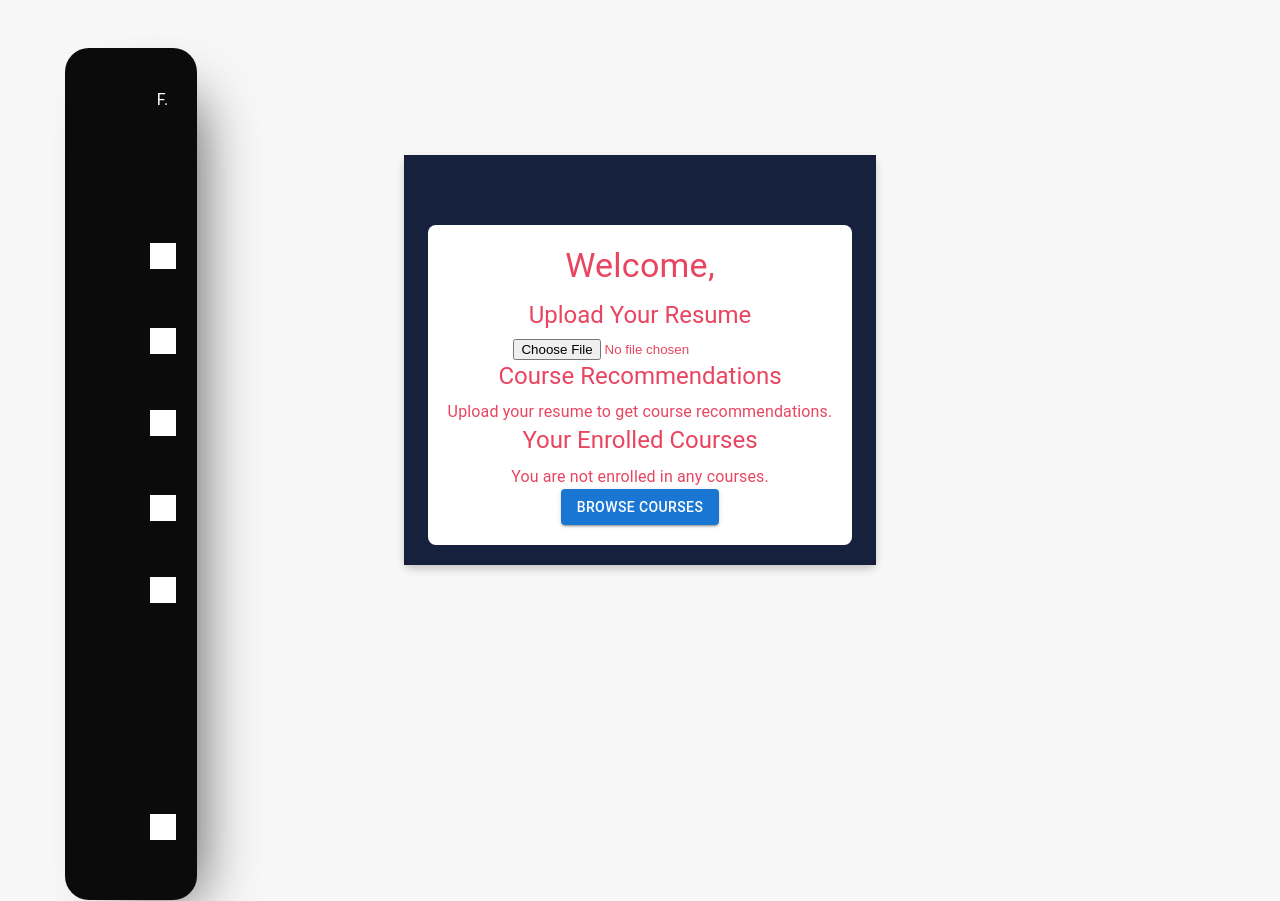
Repository: jvt2/OnlineCourseApp
Page: /dashboard
These files come from the project's save history. The page is drawn as it stood at one moment and after a run of saves; the edit follows.
The browser window is 1280 px wide. The pictures show the whole page.
The page's requests for data from a server got no answer. The project was rebuilt for these pictures with package versions that can differ from the ones it lists, and the page was loaded fresh each time. No one was signed in, and anything a server would have sent is missing. Also part of the build but not shown: src/features/auth/Register.js, src/features/auth/Login.js, src/features/courses/ResumeUpload.js, src/features/courses/CourseRecommendations.js, src/components/common/MyModal.js, src/features/courses/CourseCatalog.js, src/features/courses/CourseDetail.js, src/components/common/Navbar.js and 3 more. Imported but missing from the stored project, and not drawn on this page: src/app/reportWebVitals.

Above is the page before, as saved 2024-07-14 16:09:47.

After the next 5 saves:
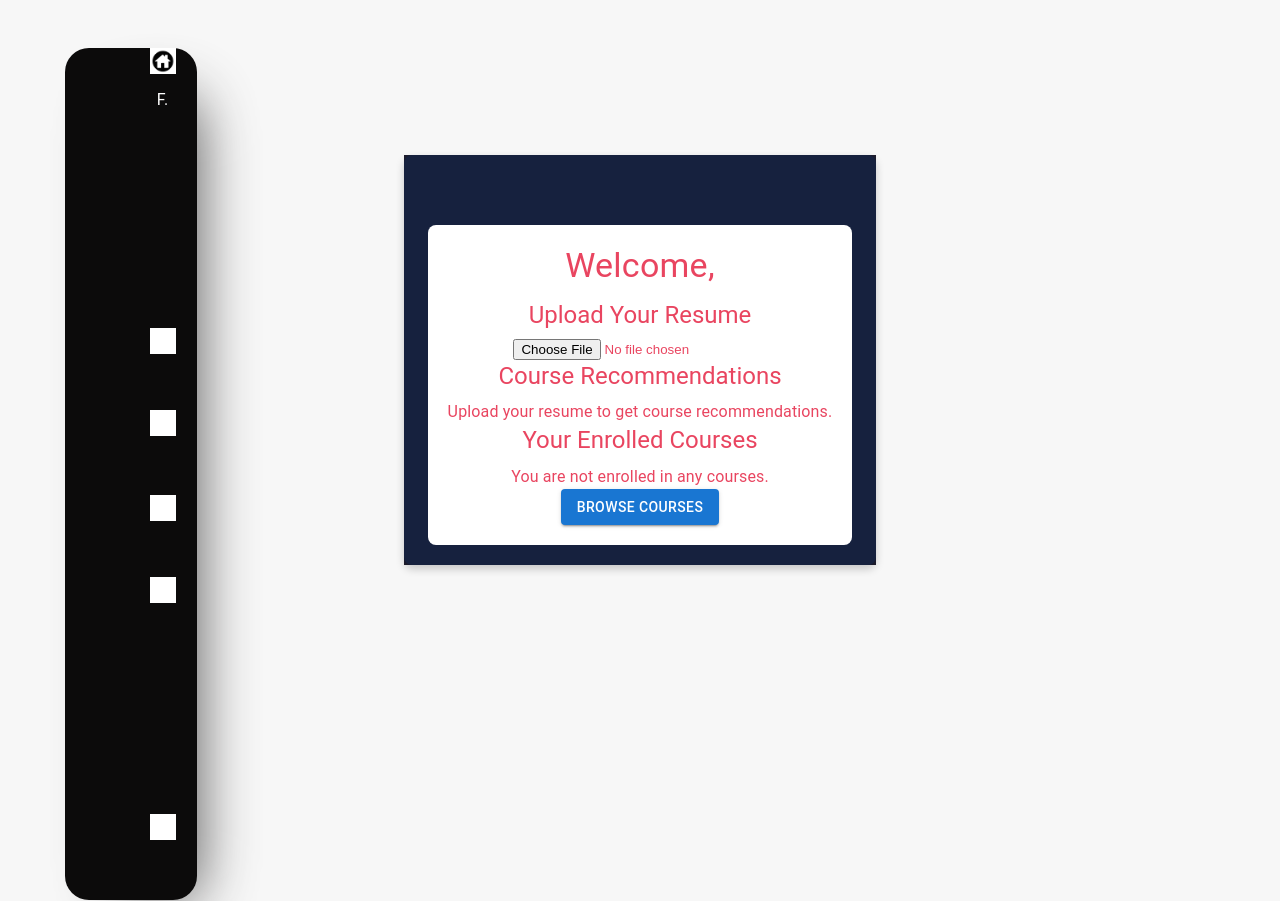
The 5 saves are shown as one change because 4 did not build or start.
The last was saved 11 min 20 s later.
--- a/src/features/dashboard/Dashboard.css
+++ b/src/features/dashboard/Dashboard.css
@@ -61,8 +61,12 @@
     left: 85.15px;
   }
 
-  .icon-home {
-    top: 22.89%;
+  .sidebar-icon.icon-home {
+    width: 26px;
+    height: 26px;
+    background-image: url('/assets/home-icon-vector.jpg');
+    background-size: cover;
+    background-position: center;
   }
 
   .icon-graduation {
